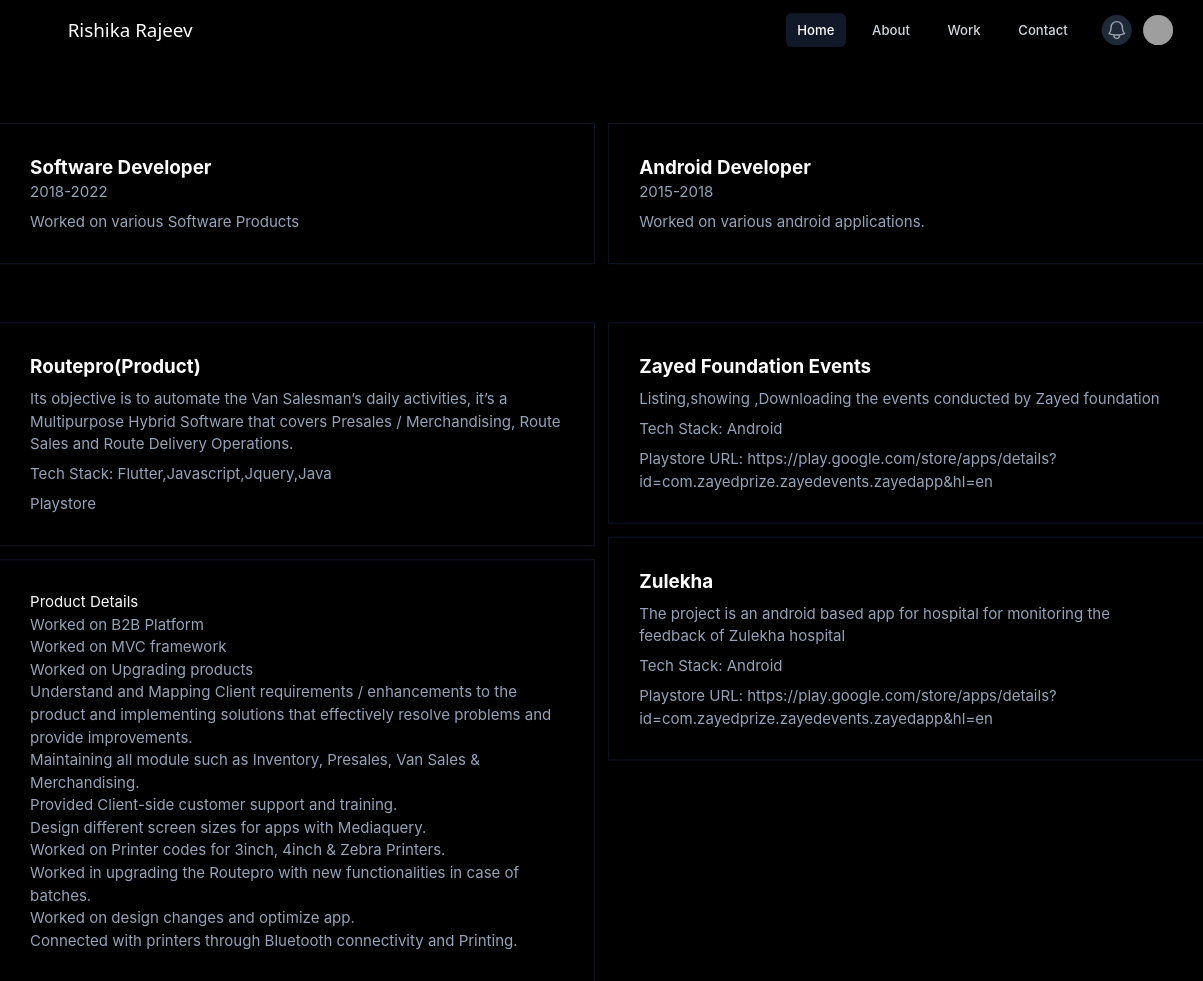
Repository: rishikarajeev/portfolio_rishika
Page: /work
An editor plug-in stored every save of this project. The page is shown before and after the next save, followed by the edit.
The browser window is 1280 px wide. The pictures show the whole page, at 94% of full size.
Pictures or frames that could not be fetched are drawn as grey boxes. The project was rebuilt for these pictures with package versions that can differ from the ones it lists, and the page was loaded fresh each time. Also part of the build but not shown: src/Pages/Home.jsx, src/Pages/About.jsx, src/Pages/Contact.jsx.

Above is the page before, as saved 2023-10-23 18:50:54.

After the next save:
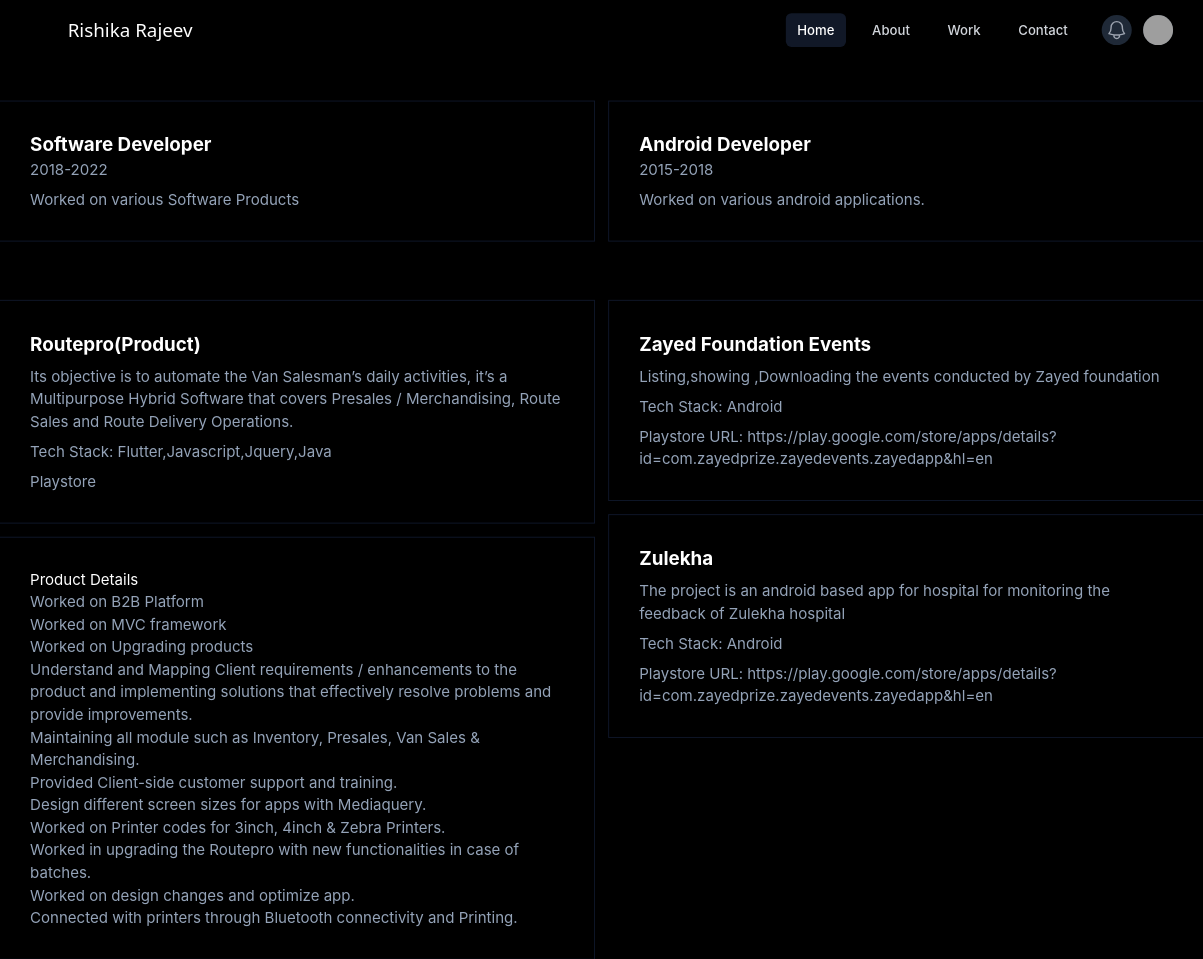
Saved 9 s later.
--- a/src/Pages/Mywork.jsx
+++ b/src/Pages/Mywork.jsx
@@ -10,7 +10,7 @@ function Mywork() {
 
       <div>
         {" "}
-        <div className="container mx-auto mt-6 dark dark:bg-black">
+        <div className="container mx-auto  dark dark:bg-black">
           <h2 className="text-3xl font-bold mb-2 ">Work Experience</h2>
           <div class="grid grid-cols-1 md:grid-cols-2 gap-4 dark dark:bg-black">
             <div className="dark md:bg-black">
